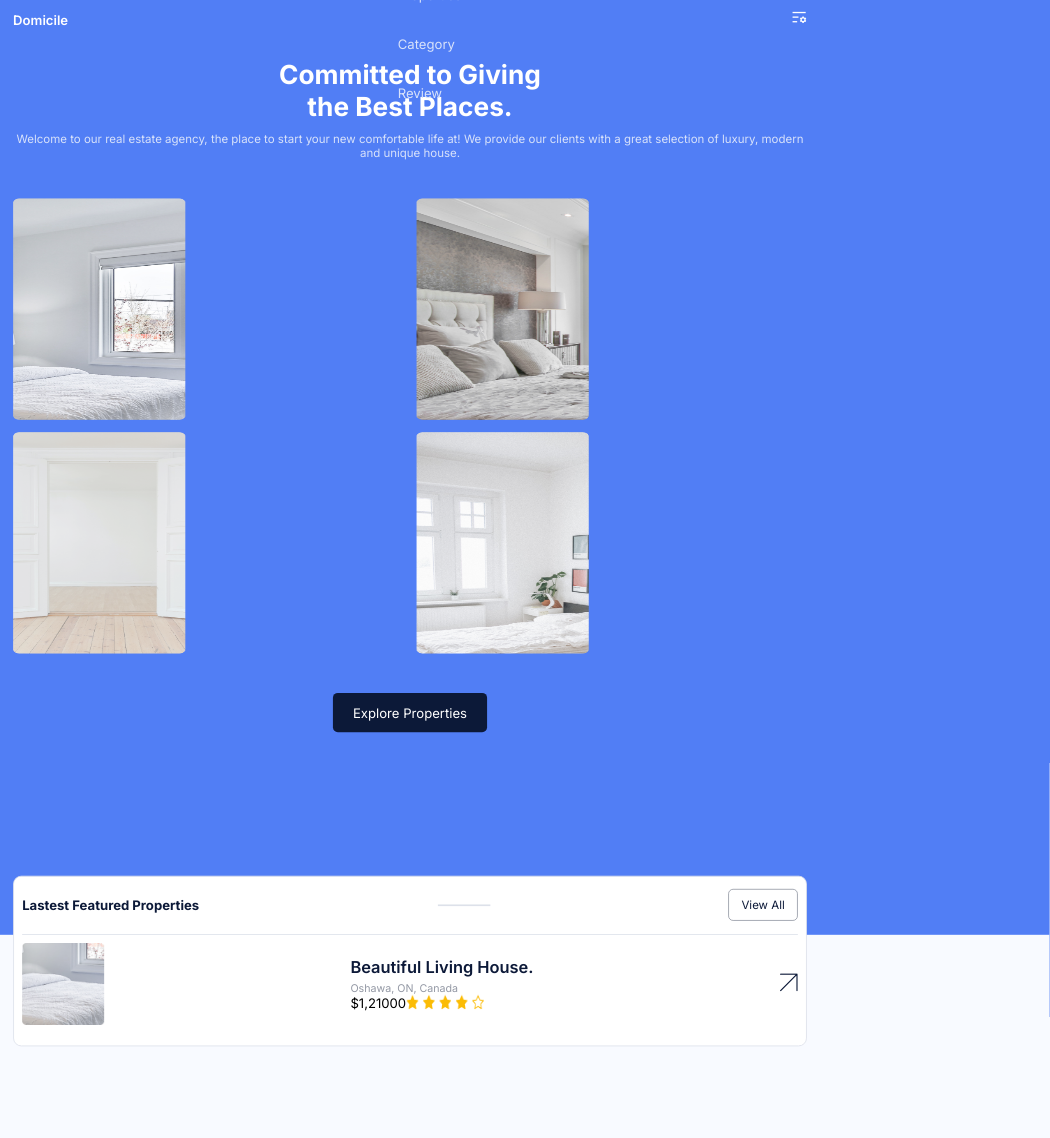
Repository: haokiet2501/domicile-real-estate
Page: index.html
An editor plug-in stored every save of this project. The page is shown before and after a run of saves, followed by the edit.
The browser window is 1280 px wide. The pictures show the whole page, at 82% of full size.
The style sheet was rebuilt from its Sass, Less or Tailwind sources for each picture, by a compiler version that may differ from the author's.

Above is the page before, as saved 2022-06-11 16:24:16.

After the next 3 saves:
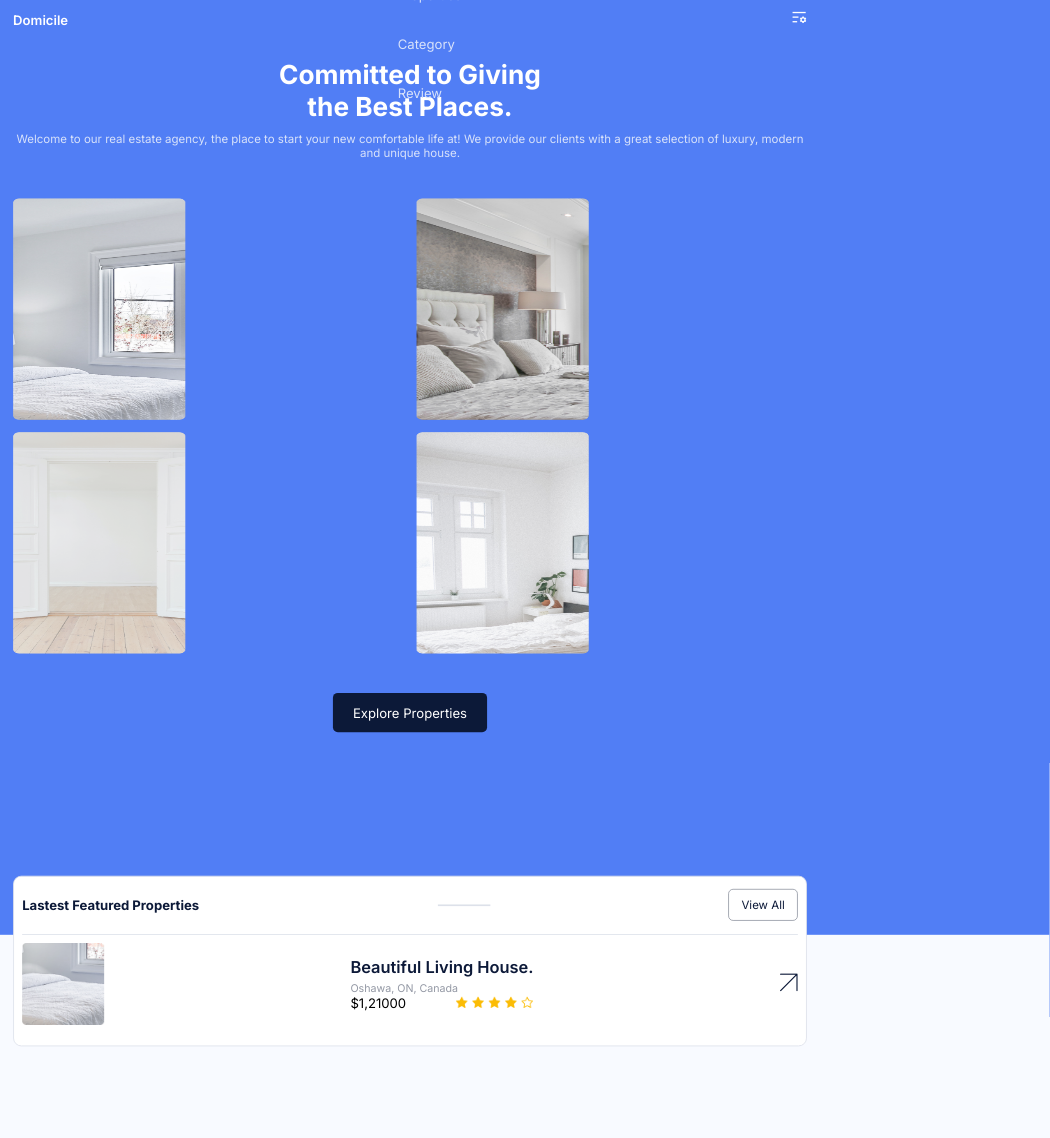
The 3 saves are shown as one change because they came seconds apart.
The last was saved 13 s later.
--- a/sass/main/_main.scss
+++ b/sass/main/_main.scss
@@ -230,7 +230,8 @@
 
         &-price {
             display: flex;
-
-        }
-    }
-}
+            justify-content: space-between;
+            align-items: center;
+        }
+    }
+}
